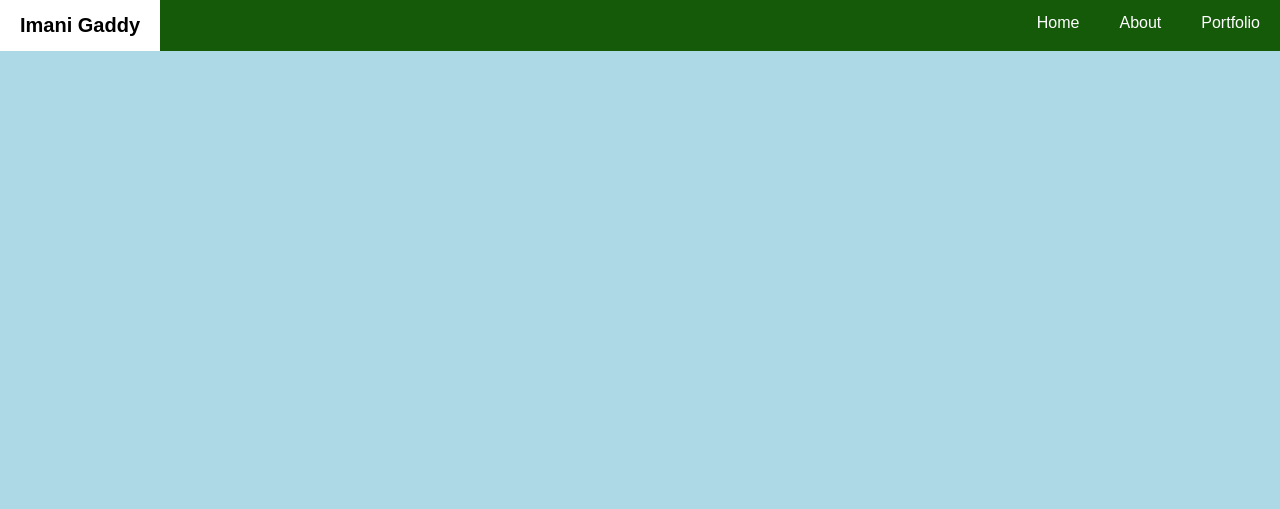
Repository: website-dev-team/website-repo
Page: personal_site/portfolio.html
The author's editor kept a copy of each file at every save. The page is drawn from the files as they stood at one save, then again after the next save.
The browser window is 1280 px wide. The pictures show the whole page.

Above is the page before, as saved 2024-07-17 00:15:19.

After the next save:
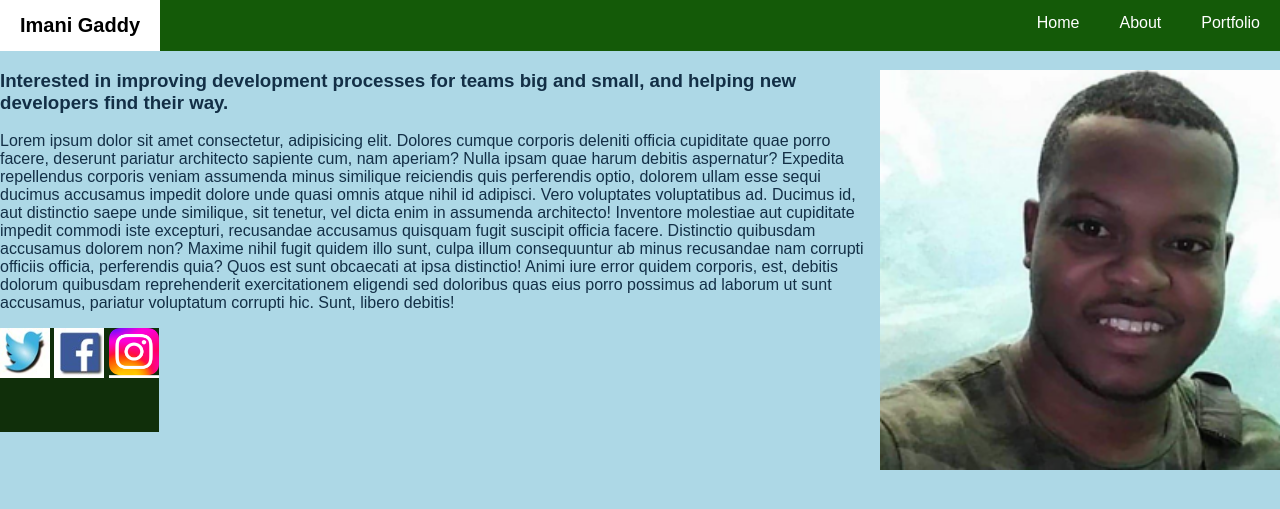
Saved 85 s later.
--- a/personal_site/portfolio.html
+++ b/personal_site/portfolio.html
@@ -15,6 +15,25 @@
             <a href="./home.html" class="nav-item">Home</a>
         </nav>
     </header>
+    <div>
+        <section>
+            <img src="Profile.png" alt="Profile Image" class="float-left" width="400" height="400">
+            <section class="box2"><h3>Interested in improving development processes for teams big and small, and helping new developers find their way.</h3>
+        <p>Lorem ipsum dolor sit amet consectetur, adipisicing elit. Dolores cumque corporis deleniti officia cupiditate quae porro facere, deserunt pariatur architecto sapiente cum, nam aperiam? Nulla ipsam quae harum debitis aspernatur?
+        Expedita repellendus corporis veniam assumenda minus similique reiciendis quis perferendis optio, dolorem ullam esse sequi ducimus accusamus impedit dolore unde quasi omnis atque nihil id adipisci. Vero voluptates voluptatibus ad.
+        Ducimus id, aut distinctio saepe unde similique, sit tenetur, vel dicta enim in assumenda architecto! Inventore molestiae aut cupiditate impedit commodi iste excepturi, recusandae accusamus quisquam fugit suscipit officia facere.
+        Distinctio quibusdam accusamus dolorem non? Maxime nihil fugit quidem illo sunt, culpa illum consequuntur ab minus recusandae nam corrupti officiis officia, perferendis quia? Quos est sunt obcaecati at ipsa distinctio!
+        Animi iure error quidem corporis, est, debitis dolorum quibusdam reprehenderit exercitationem eligendi sed doloribus quas eius porro possimus ad laborum ut sunt accusamus, pariatur voluptatum corrupti hic. Sunt, libero debitis!</p>
 
+            </section>
+    </div>
+    <footer>
+        <nav class="navbar2">
+            <img src="twitter.jpg" alt="insta" width="50" height="50">
+            <img src="facebook.jpg" alt="insta" width="50" height="50">
+            <img src="instagram.png" alt="insta" width="50" height="50">
+
+        </nav>
+    </footer>
 </body>
 </html>
